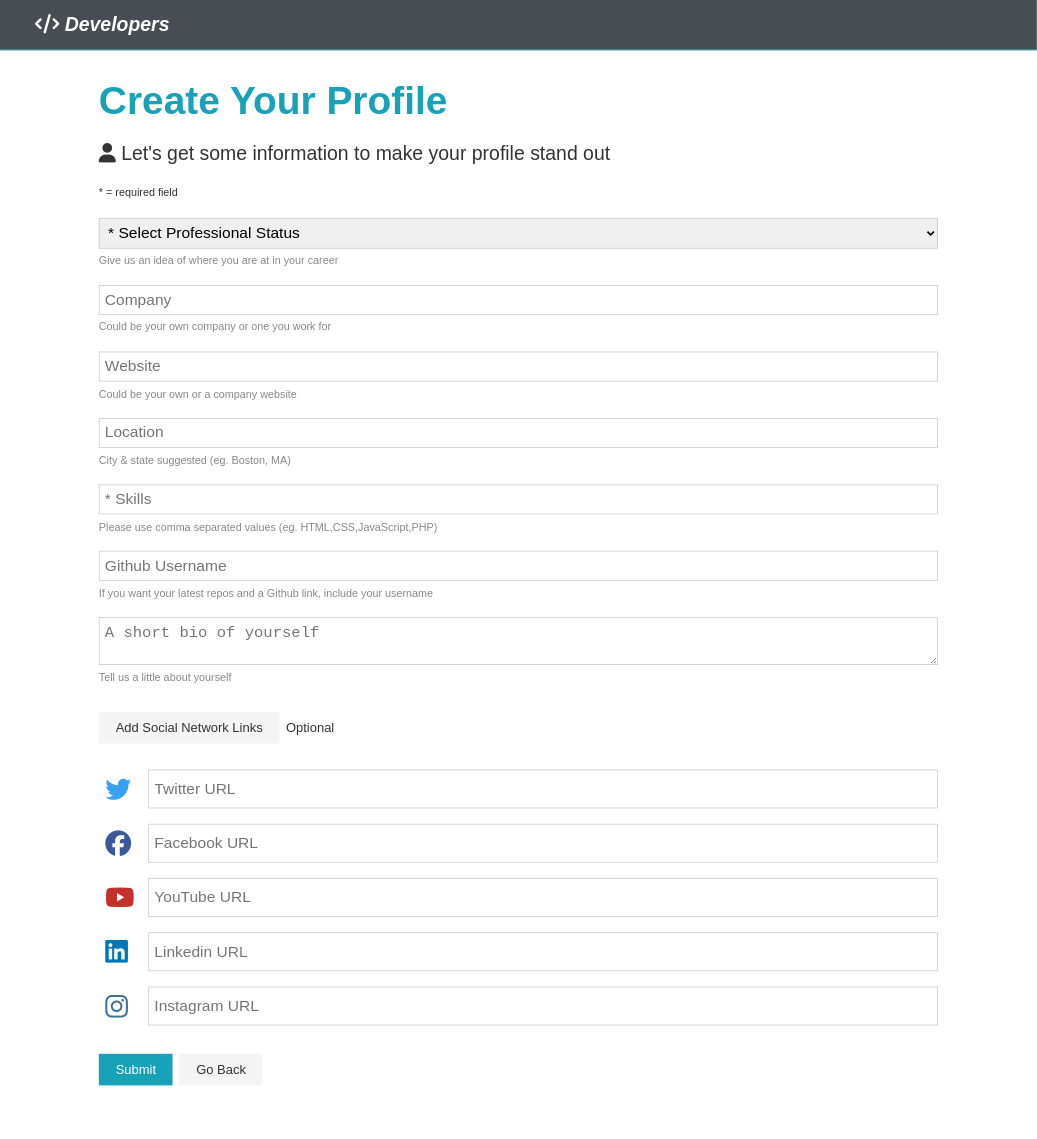
Repository: priyavmehta/Developers
Page: /create-profile (app in client/)
These files come from the project's save history. The page is drawn as it stood at one moment and after the next save; the edit follows.
The browser window is 1280 px wide. The pictures show the whole page, at 81% of full size.
The page's requests for data from a server got no answer. Some web libraries are served in a nearby version. The project was rebuilt for these pictures with package versions that can differ from the ones it lists, and the page was loaded fresh each time. No one was signed in, and anything a server would have sent is missing. Also part of the build but not shown: client/src/components/layout/Landing.js, client/src/components/auth/Login.js, client/src/components/auth/Register.js, client/src/components/layout/Alert.js, client/src/actions/profile.js, client/src/components/layout/Spinner.js, client/src/components/dashboard/Dashboard.js. Imported but missing from the stored project, and not drawn on this page: client/src/actions/types.

Above is the page before, as saved 2020-12-17 03:10:53.

After the next save:
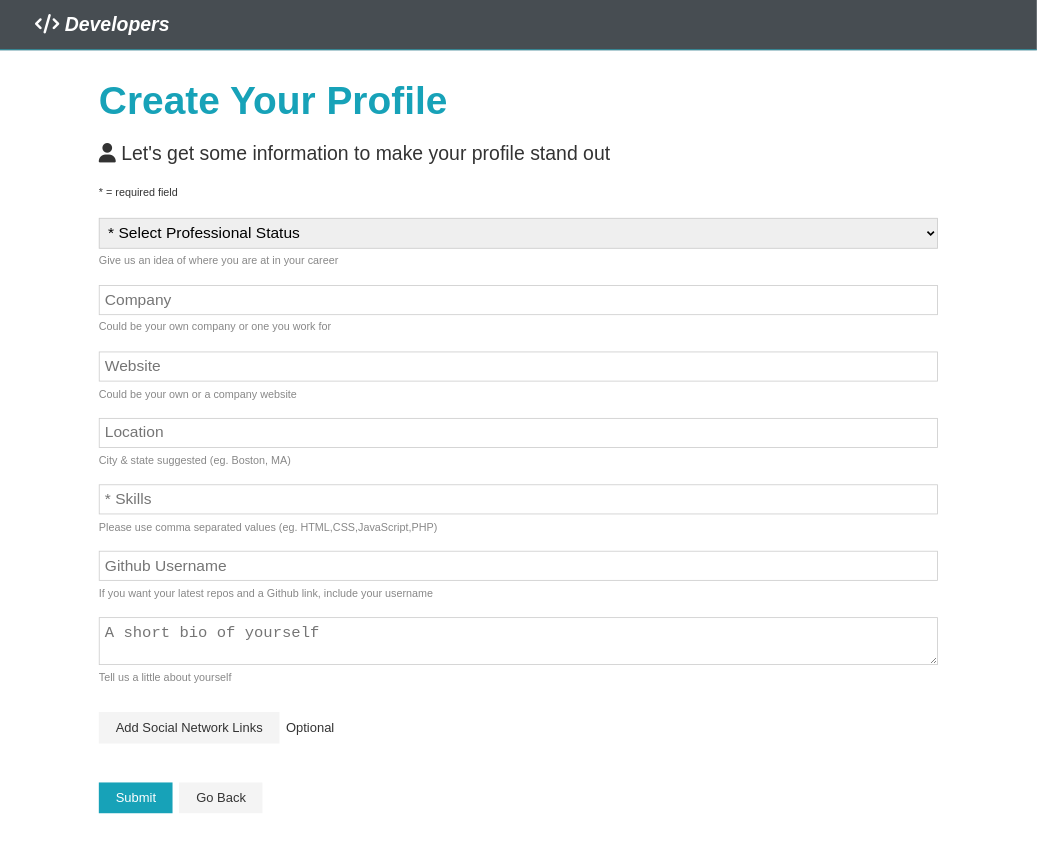
Saved 9 min 51 s later.
--- a/client/src/components/profile-forms/CreateProfile.js
+++ b/client/src/components/profile-forms/CreateProfile.js
@@ -17,6 +17,8 @@
         youtube: '',
         instagram: '',
     });
+
+    const [displaySocialImputs, toggleSocialInputs] = useState(false);
 
     const {
         company,
@@ -92,36 +94,42 @@
                 </div>
 
                 <div className="my-2">
-                    <button type="button" className="btn btn-light">
+                    <button onClick={() => toggleSocialInputs(!displaySocialImputs)} type="button" className="btn btn-light">
                         Add Social Network Links
                     </button>
                     <span>Optional</span>
                 </div>
 
-                <div className="form-group social-input">
-                    <i className="fab fa-twitter fa-2x"></i>
-                    <input type="text" placeholder="Twitter URL" name="twitter" />
-                </div>
+                {
+                    displaySocialImputs && <Fragment>
 
-                <div className="form-group social-input">
-                    <i className="fab fa-facebook fa-2x"></i>
-                    <input type="text" placeholder="Facebook URL" name="facebook" />
-                </div>
+                        <div className="form-group social-input">
+                            <i className="fab fa-twitter fa-2x"></i>
+                            <input type="text" placeholder="Twitter URL" name="twitter" />
+                        </div>
 
-                <div className="form-group social-input">
-                    <i className="fab fa-youtube fa-2x"></i>
-                    <input type="text" placeholder="YouTube URL" name="youtube" />
-                </div>
+                        <div className="form-group social-input">
+                            <i className="fab fa-facebook fa-2x"></i>
+                            <input type="text" placeholder="Facebook URL" name="facebook" />
+                        </div>
 
-                <div className="form-group social-input">
-                    <i className="fab fa-linkedin fa-2x"></i>
-                    <input type="text" placeholder="Linkedin URL" name="linkedin" />
-                </div>
+                        <div className="form-group social-input">
+                            <i className="fab fa-youtube fa-2x"></i>
+                            <input type="text" placeholder="YouTube URL" name="youtube" />
+                        </div>
 
-                <div className="form-group social-input">
-                    <i className="fab fa-instagram fa-2x"></i>
-                    <input type="text" placeholder="Instagram URL" name="instagram" />
-                </div>
+                        <div className="form-group social-input">
+                            <i className="fab fa-linkedin fa-2x"></i>
+                            <input type="text" placeholder="Linkedin URL" name="linkedin" />
+                        </div>
+
+                        <div className="form-group social-input">
+                            <i className="fab fa-instagram fa-2x"></i>
+                            <input type="text" placeholder="Instagram URL" name="instagram" />
+                        </div>
+
+                    </Fragment>
+                }
                 <input type="submit" className="btn btn-primary my-1" />
                 <a className="btn btn-light my-1" href="dashboard.html">Go Back</a>
             </form>
